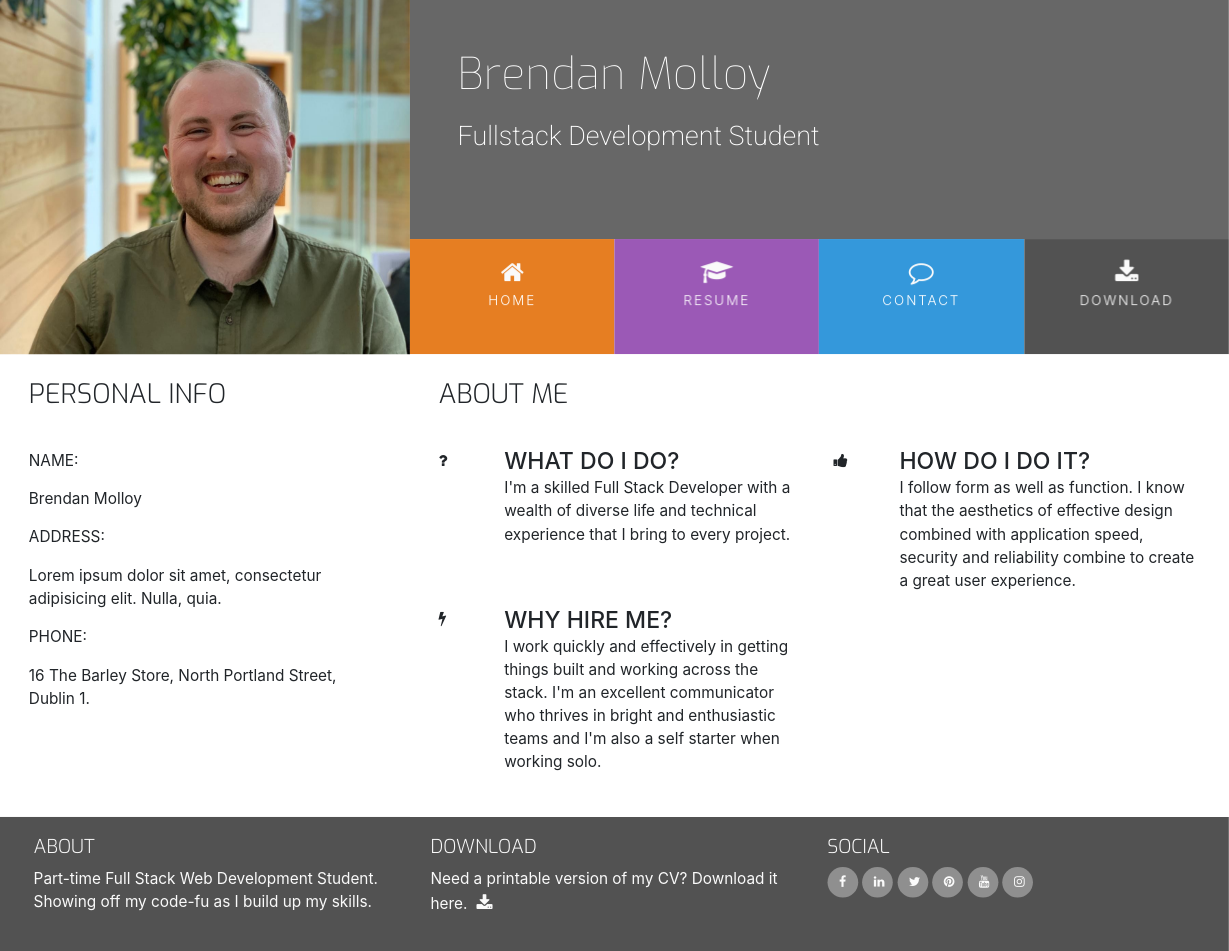
Repository: BrendanMolloy/my-web-cv
Page: index.html
The author's editor kept a record of every edit. The page is drawn from the files as they stood at one moment, then again after the next edit.
The browser window is 1280 px wide. The pictures show the whole page, at 96% of full size.

Above is the page before.

### index.html
<!DOCTYPE html>
<html lang="en">

<head>
    <meta charset="UTF-8">
    <meta name="viewport" content="width=device-width, initial-scale=1.0">
    <meta http-equiv="X-UA-Compatible" content="ie=edge">
    <link rel="stylesheet" href="https://stackpath.bootstrapcdn.com/bootstrap/4.3.1/css/bootstrap.min.css" type="text/css" />
    <link rel="stylesheet" href="https://stackpath.bootstrapcdn.com/font-awesome/4.7.0/css/font-awesome.min.css" type="text/css" />
    <link rel="stylesheet" href="https://cdnjs.cloudflare.com/ajax/libs/hover.css/2.3.1/css/hover-min.css" type="text/css" />
    <link rel="stylesheet" href="assets/css/style.css" type="text/css" />
    <title>Brendan Molloy</title>
</head>

<body>
    <header>
        <div class="row no-gutters">
            <a href="index.html" class="col-md-4 logo">

            </a>
            <div class="col-md-8">
                <div class="row bg-color-name-title no-gutters">
                    <div class="col heading">
                        <h1 class="name">Brendan Molloy</h1>
                        <h2 class="title">Fullstack Development Student</h2>
                    </div>
                </div>
                <div class="row no-gutters">
                    <div class="col">
                        <ul id=nav class="list-inline menucontainer">
                            <li class="col-6 col-sm-3 ui-menu-color-home list-inline-item menuitem">
                                <a href="#" class="hvr-sweep-to-bottom"><i class="fa fa-home" aria-hidden="true"></i><span>Home</span></a>
                            </li>
                            <li class="col-6 col-sm-3 ui-menu-color-resume list-inline-item menuitem">
                                <a href="#" class="hvr-sweep-to-bottom"><i class="fa fa-graduation-cap" aria-hidden="true"></i><span>Resume</span></a>
                            </li>
                            <li class="col-6 col-sm-3 ui-menu-color-contact list-inline-item menuitem">
                                <a href="#" class="hvr-sweep-to-bottom"><i class="fa fa-comment-o" aria-hidden="true"></i><span>Contact</span></a>
                            </li>
                            <li class="col-6 col-sm-3 ui-menu-color-download list-inline-item menuitem">
                                <a href="#" class="hvr-sweep-to-bottom"><i class="fa fa-download" aria-hidden="true"></i><span>Download</span></a>
                            </li>
                        </ul>
                    </div>
                </div>
            </div>
        </div>
    </header>
    <section class="container-fluid">
        <div class="row">
            <div class="col-md-4 bg-color-personal-info section-column">
                <div class="row">
                    <div class="col-12">
                        <h3 class="section-heading uppercase">
                            Personal Info
                        </h3>
                    </div>
                </div>
                <div class="personal-info-item">
                    <div class="key">
                        <p class="uppercase">
                            Name:
                        </p>
                    </div>
                    <div class="value">
                        <p>
                            Brendan Molloy
                        </p>
                    </div>
                </div>
                <div class="personal-info-item">
                    <div class="key">
                        <p class="uppercase">
                            Address:
                        </p>
                    </div>
                    <div class="value">
                        <p>
                            Lorem ipsum dolor sit amet, consectetur adipisicing elit. Nulla, quia.
                        </p>
                    </div>
                </div>
                <div class="personal-info-item">
                    <div class="key">
                        <p class="uppercase">
                            Phone:
                        </p>
                    </div>
                    <div class="value">
                        <p>
                            16 The Barley Store, North Portland Street, Dublin 1.
                        </p>
                    </div>
                </div>
            </div>
            <div class="col-md-8 bg-color-three-reasons section-column">
                <div class="row">
                    <div class="col">
                        <h3 class="section-heading uppercase">About Me</h3>
                    </div>
                </div>
                <div class="row">
                    <div class="col-10 offset-1 offset-sm-0 col-sm-4 col-md-6">
                        <div class="row">
                            <div class="col-2">
                                <i class="three-reasons-icon fa fa-question" aria-hidden="true"></i>
                            </div>
                            <div class="col-10">
                                <h4 class="three-reasons-heading uppercase">What do I do?</h4>
                                <p>
                                    I'm a skilled Full Stack Developer with a wealth of diverse life and technical experience that I bring to every project.
                                </p>
                            </div>
                        </div>
                    </div>
                    <div class="col-10 offset-1 offset-sm-0 col-sm-4 col-md-6">
                        <div class="row">
                            <div class="col-2">
                                <i class="three-reasons-icon fa fa-thumbs-up" aria-hidden="true"></i>
                            </div>
                            <div class="col-10">
                                <h4 class="three-reasons-heading uppercase">How do I do it?</h4>
                                <p>
                                    I follow form as well as function. I know that the aesthetics of effective design combined with application speed, security and reliability combine to create a great user experience.
                                </p>
                            </div>
                        </div>
                    </div>
                    <div class="col-10 offset-1 offset-sm-0 col-sm-4 col-md-6">
                        <div class="row">
                            <div class="col-2">
                                <i class="three-reasons-icon fa fa-bolt" aria-hidden="true"></i>
                            </div>
                            <div class="col-10">
                                <h4 class="three-reasons-heading uppercase">Why hire me?</h4>
                                <p>
                                    I work quickly and effectively in getting things built and working across the stack. I'm an excellent communicator who thrives in bright and enthusiastic teams and I'm also a self starter when working solo.
                                </p>
                            </div>
                        </div>
                    </div>
                </div>
            </div>
        </div>
    </section>
    <footer class="container-fluid">
        <div class="row" id="footer-details">
            <div class="col-sm-4">
                <h5 class="uppercase general-sub">About</h5>
                <p class="inline-block">
                    Part-time Full Stack Web Development Student. Showing off my code-fu as I build up my skills.
                </p>
            </div>
            <div class="col-sm-4">
                <h5 class="uppercase general-sub">Download</h5>
                <p class="inline-block">
                    Need a printable version of my CV? Download it here.
                    <a href="#" target="_blank" class="cv-pdf">
                        <i class="fa fa-download" aria-hidden="true"></i>
                        <span class="sr-only">Download link.</span>
                    </a>
                </p>
            </div>
            <div class="col-sm-4">
                <h5 class="uppercase general-sub">Social</h5>
                <ul class="list-inline social-links">
                    <li class="list-inline-item">
                        <a target="_blank" href="#">
                            <i class="fa fa-facebook" aria-hidden="true"></i>
                            <span class="sr-only">Facebook</span>
                        </a>
                    </li>
                    <li class="list-inline-item">
                        <a target="_blank" href="#">
                            <i class="fa fa-linkedin" aria-hidden="true"></i>
                            <span class="sr-only">LinkedIn</span>
                        </a>
                    </li>
                    <li class="list-inline-item">
                        <a target="_blank" href="#">
                            <i class="fa fa-twitter" aria-hidden="true"></i>
                            <span class="sr-only">Twitter</span>
                        </a>
                    </li>
                    <li class="list-inline-item">
                        <a target="_blank" href="#">
                            <i class="fa fa-pinterest" aria-hidden="true"></i>
                            <span class="sr-only">Pinterest</span>
                        </a>
                    </li>
                    <li class="list-inline-item">
                        <a target="_blank" href="#">
                            <i class="fa fa-youtube" aria-hidden="true"></i>
                            <span class="sr-only">YouTube</span>
                        </a>
                    </li>
                    <li class="list-inline-item">
                        <a target="_blank" href="#">
                            <i class="fa fa-instagram" aria-hidden="true"></i>
                            <span class="sr-only">Instagram</span>
                        </a>
                    </li>
                </ul>
            </div>
        </div>
    </footer>
</body>

</html>

### assets/css/style.css
@import url('https://fonts.googleapis.com/css?family=Roboto:100,200,300,400,500,600,700|Exo:100,200,300,400,500,600,700');

/*-----Colors-----*/

.bg-color-name-title {
    background-color: #676767;
}

.bg-color-three-reasons{
    background-color:#fff;
}

.ui-menu-color-home {
    background-color: #e67e22;
}

.ui-menu-color-resume {
    background-color: #9b59b6;
}

.ui-menu-color-contact {
    background-color: #3498db;
}

.ui-menu-color-download {
    background-color: #525252;
}

/*-----Special Paddings/Margins/Text-----*/

h1,
h2,
h3,
h4 {
    margin: 0;
}

.uppercase{
    text-transform:uppercase;
}

.general-sub{
    font-family:"Exo",sans-serif;
    font-weight:300;
    color:#fafafa;
}

.inline-block{
    display:inline-block;
}

.row-table{
    display:table;
}

.section-column{
    display:table-cell;
    padding:0 30px 30px;
    float:none;
}

.section-heading{
    font-family:"Exo", sans-serif;
    font-weight:300;
    margin-top:25px;
    margin-bottom:40px;
}

/*-----Headings-----*/

header {
    margin: 0;
}

.heading {
    margin-left: 50px;
}

.logo {
    background: url("../images/profile_pic.jpg");
    background-position: center;
    background-repeat: no-repeat;
    background-size: cover;
    min-height: 360px;
    transition: all .5s ease-in-out;
    -moz-transition: all .5s ease-in-out;
    -webkit-transition: all .5s ease-in-out;
}

.name {
    font-family: "Exo", sans-serif;
    font-weight: 100;
    font-size: 46px;
    margin-top: 50px;
    color: #fff;
}

.title {
    font-family: "Roboto", sans-serif;
    font-weight: 200;
    font-size: 28px;
    margin-top: 20px;
    margin-bottom: 90px;
    color: #fff;
}

.list-inline-item:not(:last-child) {
    margin: 0;
}

.menucontainer {
    font-size: 0;
}

#nav {
    margin: 0;
}

#nav li {
    font-size: 14px;
    padding: 0;
}

.menuitem {
    height: 120px;
    text-align: center;
    padding: 0;
}

.menuitem a {
    width: 100%;
    text-decoration: none;
    color: #fff;
    height: 120px;
}

.menuitem a i {
    padding-top: 22px;
    display: block;
    color: #fafafa;
    font-size: 26px;
}

.menuitem span {
    display: block;
    width: 100%;
    padding-top: 5px;
    text-align: center;
    text-transform: uppercase;
    font-size: 14px;
    font-weight: 300;
    letter-spacing: 2px;
}

/*-----Hover.css-----*/

.hvr-sweep-to-bottom:before {
    background-color: rgba(0, 0, 0, 0.2);
    height: 120px;
}

/*-----Footer-----*/

footer{
    background-color:#525252;
    color:#fafafa;
    min-height:120px;
    margin:0;
}

.cv-pdf i{
    font-size:18px;
    color:#fafafa;
    text-align:center;
    padding:5px;
    transition:all 0.35s ease-in-out;
    -moz-transition:all 0.35s ease-in-out;
    -webkit-transition:all 0.35s ease-in-out;
    -o-transition:all 0.35s ease-in-out;
}

.cv-pdf i:hover{
    color:#e84610;
}

.social-links{
    padding-bottom:15px;
}

.social-links li a i{
    width:32px;
    height:32px;
    padding:12px;
    border-radius:50%;
    font-size:13px;
    line-height:7px;
    text-align:center;
    color:#fafafa;
    background-color:#8f8f8f;
    transition:all 0.35s ease-in-out;
    -moz-transition:all 0.35s ease-in-out;
    -webkit-transition:all 0.35s ease-in-out;
    -o-transition:all 0.35s ease-in-out;
}

.social-links li a i:hover{
    background-color:#e84610;
}

#footer-details{
    padding:20px;
}

After the next edit:
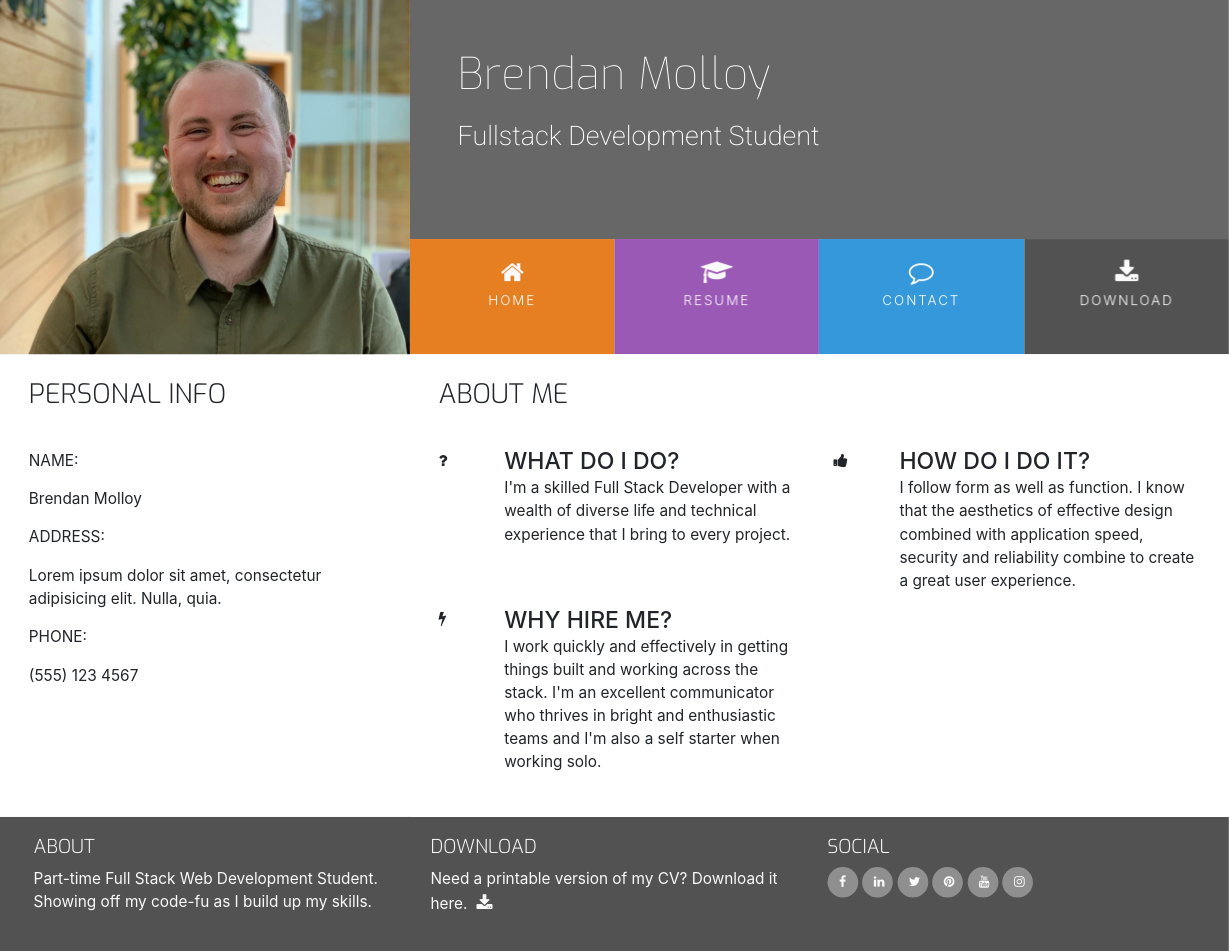
The edit:
--- a/index.html
+++ b/index.html
@@ -88,7 +88,7 @@
                     </div>
                     <div class="value">
                         <p>
-                            16 The Barley Store, North Portland Street, Dublin 1.
+                            (555) 123 4567
                         </p>
                     </div>
                 </div>
